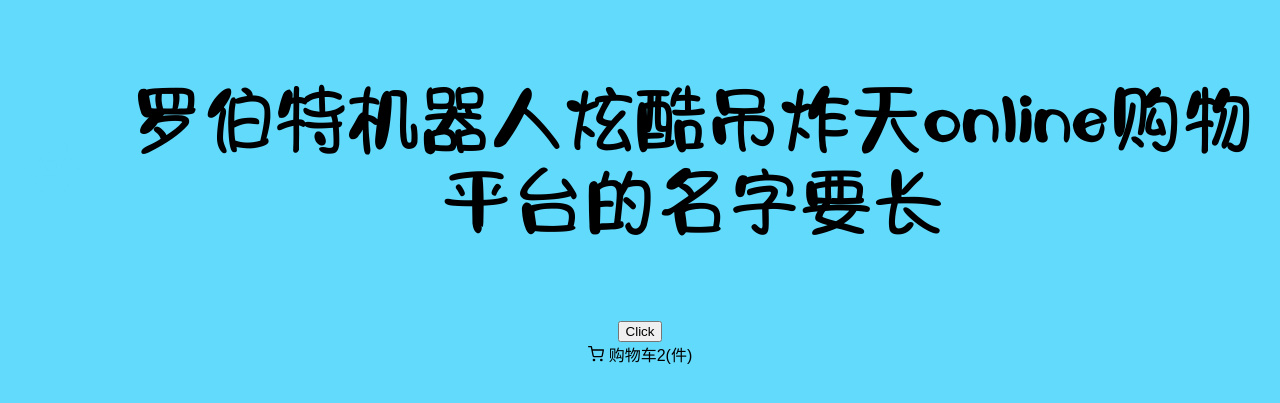
Repository: yurroCc/robot-react-class
Page: /
These files come from the project's save history. The page is drawn as it stood at one moment and after the next save; the edit follows.
The browser window is 1280 px wide. The pictures show the whole page.
The page's requests for data from a server got no answer. The project was rebuilt for these pictures with package versions that can differ from the ones it lists, and the page was loaded fresh each time. No one was signed in, and anything a server would have sent is missing. Also part of the build but not shown: src/components/Robot.module.css, src/components/robot.tsx.

Above is the page before, as saved 2022-07-06 20:47:16.

After the next save:
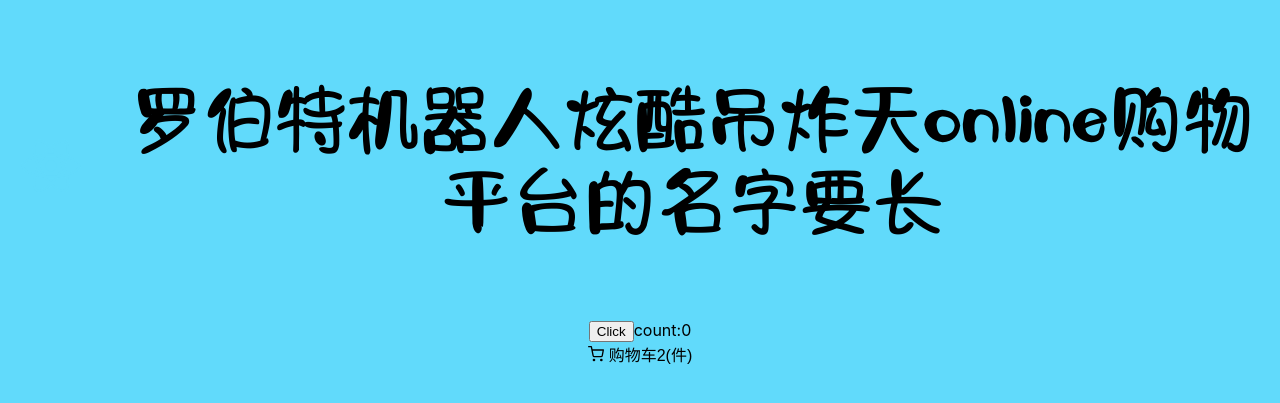
Saved 9 s later.
--- a/src/App.tsx
+++ b/src/App.tsx
@@ -39,7 +39,7 @@ class App extends React.Component<Props, State> {
                     this.setState({count:this.state.count+1});
                     console.log("count",this.state.count)
                 }}>Click</button>
-                <span></span>
+                <span>count:{this.state.count}</span>
                 <ShoppingCart></ShoppingCart>
                 <div className={styles.robotList}>
                     {this.state.robotGallery.map(r => <Robot id={r.id} name={r.name} email={r.email} />)}
